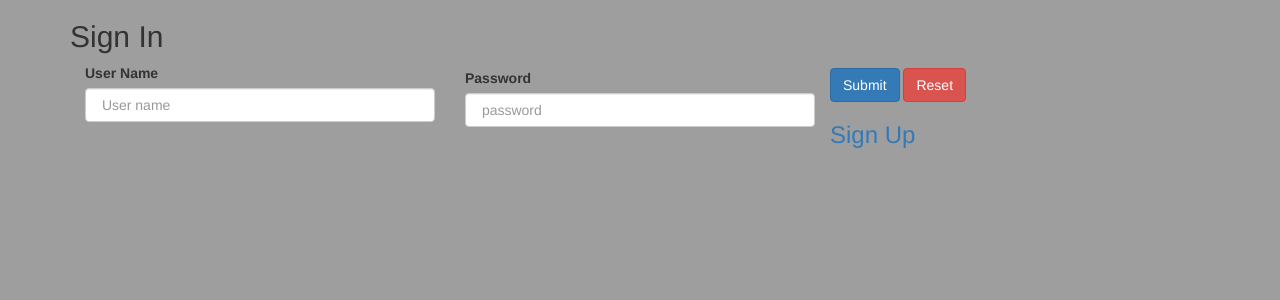
Repository: AravindMarshall/ShoppingCart
Page: http://localhost/Phineas/Login.jsp
An editor plug-in stored every save of this project. The page is shown before and after the next save, followed by the edit.
The browser window is 1280 px wide. The pictures show the whole page.
The page is served by Tomcat 9.

Above is the page before, as saved 2016-06-13 11:22:13.

After the next save:
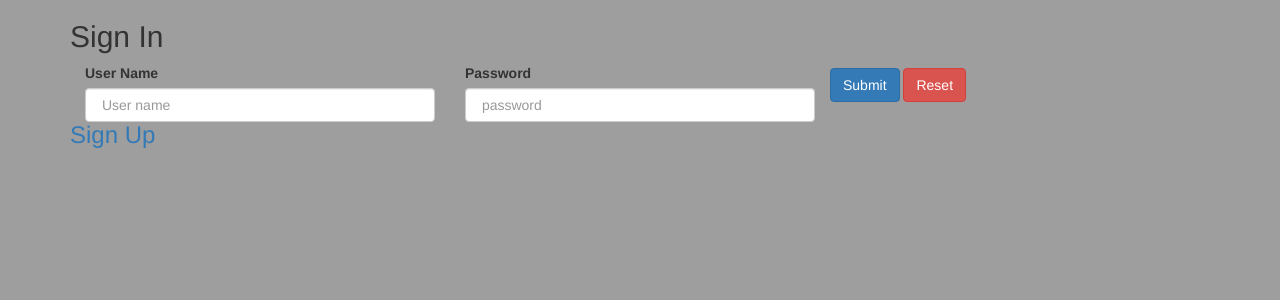
Saved 98 s later.
--- a/NIIT Shopping Cart/Phineas/WebContent/Login.jsp
+++ b/NIIT Shopping Cart/Phineas/WebContent/Login.jsp
@@ -26,8 +26,8 @@
   <div class="form-group">
   <div class ="col-sm-4">
   <label for ="Name">User Name </label>
-	<input type = "text" class="form-control" name = "userId" placeholder=" User name "></div></div>
-	<div class="form-group">
+	<input type = "text" class="form-control" name = "userId" placeholder=" User name "></div>
+	<!-- div class="form-group"-->
 	<div class ="col-sm-4">
 	<label for ="Pass">Password</label>
 	<input type = "password" class="form-control" name = "password" placeholder=" password "></div></div>
